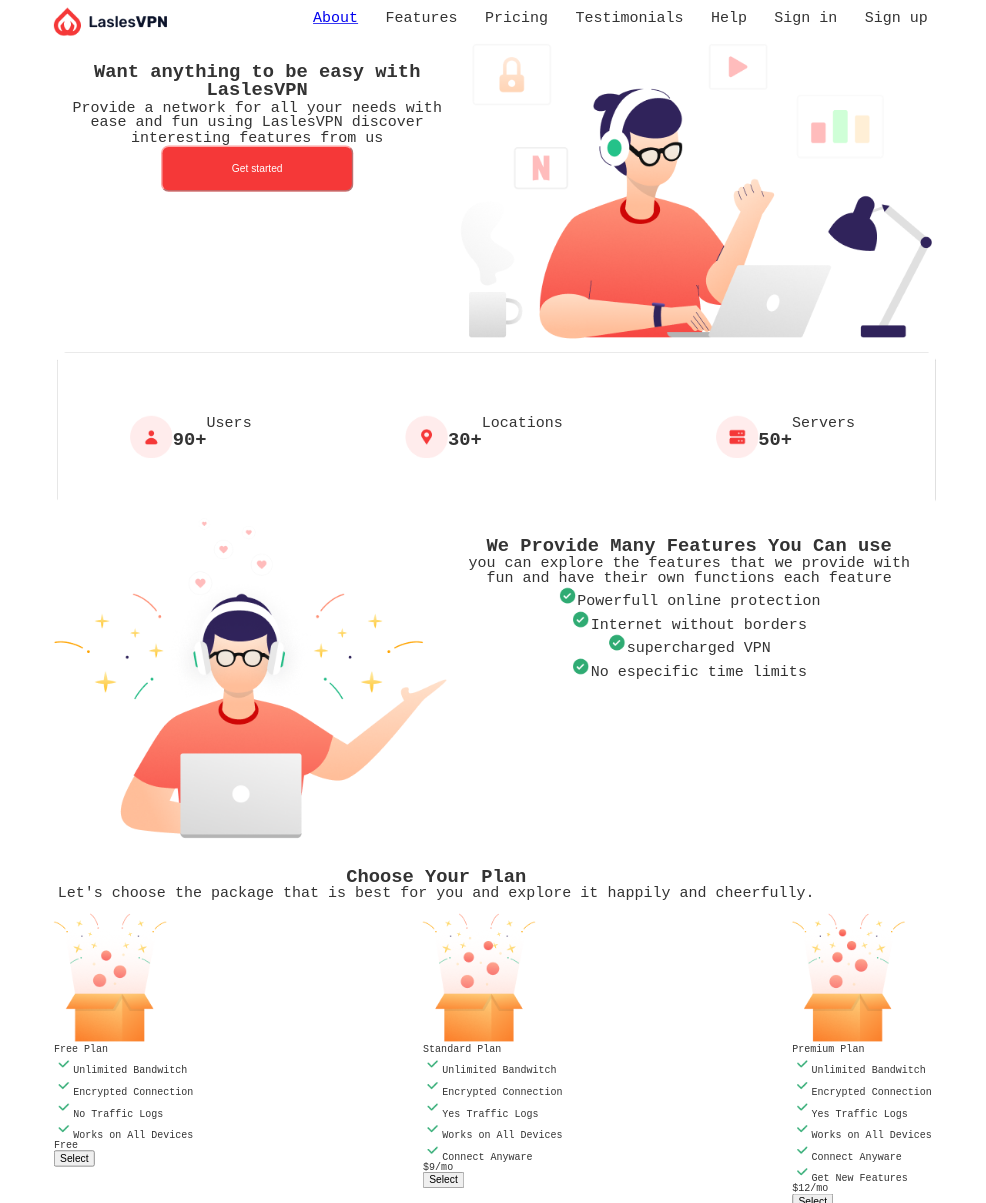
Repository: RaphaelMatheus-br/LP-251123
Page: index.html
The author's editor kept a copy of each file at every save. The page is drawn from the files as they stood at one save, then again after the next save.
The browser window is 1280 px wide. The pictures show the whole page, at 77% of full size.

Above is the page before, as saved 2023-11-25 14:44:47.

### index.html
<!DOCTYPE html>
<html lang="en">

<head>
    <meta charset="UTF-8">
    <meta name="viewport" content="width=device-width, initial-scale=1.0">
    <title>Document</title>
    <link rel="stylesheet" href="style.css">
</head>

<body>

<section class="container flex">
    <header class="header">
        <img src="./imagens/Logo.png" alt="logo" class="logo">
	    <a href="#" class="item">About</a>
	    <div class="item">Features</div>
	    <div class="item">Pricing</div>
	    <div class="item">Testimonials</div>
	    <div class="item">Help</div>
	    <div class="item">Sign in</div>
        <div class="item">Sign up</div>
    </header>
</section>

<section class="container flex">
    <div class="item">
        <h1 class="sobre__titulo">Want anything to be easy with LaslesVPN</h1>
        <p class="sobre__descricao">Provide a network for all your needs with ease and fun using LaslesVPN discover interesting features from us</p>
        <button class="sobre__botao">Get started</button>
    </div>
    <div class="img">
        <img src="./imagens/Illustration 1.png" alt="ilutracao__1">
    </div>
</section>

<section class="container">
    <div class="item">
        <div class="rectangle">
            <div class="icons">
                <div class="user">
                    <img src="./imagens/user.png" alt="user__img">
                    <h1 class="sobre__user">90+</h1>
                    <p class="p__user">Users</p>
                </div>
                <div class="location">
                    <img src="./imagens/location.png" alt="location">
                    <h1 class="sobre__location">30+</h1>
                    <p class="p__location">Locations</p>
                </div>
                <div class="server">
                    <img src="./imagens/Server.png" alt="server">
                    <h1 class="sobre__server">50+</h1>
                    <p class="p__server">Servers</p>
                </div>
            </div>
        </div>
    </div>
</section>

<section class="container flex">
    <div class="img">
        <img src="./imagens/Illustration 2.png" alt="ilutracao__2">
    </div>

    <div class="item">
        <h1 class="sobre__titulo">We Provide Many Features You Can use</h1>
        <p class="sobre__descricao">you can explore the features that we provide with fun and have their own functions each feature</p>
        <ul class="list">
            <li><img src="./imagens/check.png" alt="check">Powerfull online protection</img></li>
            <li><img src="./imagens/check.png" alt="check">Internet without borders</img></li>
            <li><img src="./imagens/check.png" alt="check">supercharged VPN</img></li>
            <li><img src="./imagens/check.png" alt="check">No especific time limits</img></li>
        </ul>
    </div>
</section>

<section class="container flex" class="sessao__tres">
    <div class="item">
        <div class="choose__plan">
            <h1>Choose Your Plan</h1>
            <p>Let's choose the package that is best for you and explore it happily and cheerfully.</p>
        </div>
    </div>
</section>

<section class="container flex">

    <div class="free plan">
        <img src="./imagens/Free.png" alt="free">
        <h3>Free Plan</h3>
        <ul>
            <li><img src="./imagens/jam_check.png">Unlimited Bandwitch</li>
            <li><img src="./imagens/jam_check.png">Encrypted Connection</li>
            <li><img src="./imagens/jam_check.png">No Traffic Logs</li>
            <li><img src="./imagens/jam_check.png">Works on All Devices</li>
        </ul>
        <h2>Free</h2>
        <button class="price__botao">Select</button>
    </div>

    <div class="Standard plan">
        <img src="./imagens/Standard.png" alt="standard">
        <h3>Standard Plan</h3>
        <ul>
            <li><img src="./imagens/jam_check.png">Unlimited Bandwitch</li>
            <li><img src="./imagens/jam_check.png">Encrypted Connection</li>
            <li><img src="./imagens/jam_check.png">Yes Traffic Logs</li>
            <li><img src="./imagens/jam_check.png">Works on All Devices</li>
            <li><img src="./imagens/jam_check.png">Connect Anyware</li>
        </ul>
        <h2>$9/mo</h2>
        <button class="price__botao">Select</button>
    </div>

    <div class="Premium plan">
        <img src="./imagens/Premium.png" alt="premium">
        <h3>Premium Plan</h3>
        <ul>
            <li><img src="./imagens/jam_check.png">Unlimited Bandwitch</li>
            <li><img src="./imagens/jam_check.png">Encrypted Connection</li>
            <li><img src="./imagens/jam_check.png">Yes Traffic Logs</li>
            <li><img src="./imagens/jam_check.png">Works on All Devices</li>
            <li><img src="./imagens/jam_check.png">Connect Anyware</li>
            <li><img src="./imagens/jam_check.png">Get New Features</li>
        </ul>
        <h2>$12/mo</h2>
        <button class="price__botao">Select</button>
    </div>
</section>

</body>
</html>

### style.css
html, body, div, span, applet, object, iframe,
h1, h2, h3, h4, h5, h6, p, blockquote, pre,
a, abbr, acronym, address, big, cite, code,
del, dfn, em, img, ins, kbd, q, s, samp,
small, strike, strong, sub, sup, tt, var,
b, u, i, center,
dl, dt, dd, ol, ul, li,
fieldset, form, label, legend,
table, caption, tbody, tfoot, thead, tr, th, td,
article, aside, canvas, details, embed,
figure, figcaption, footer, header, hgroup,
menu, nav, output, ruby, section, summary,
time, mark, audio, video {
	margin: 0;
	padding: 0;
	border: 0;
	font-size: 100%;
	font: inherit;
	vertical-align: baseline;
    background: white;
}
/* HTML5 display-role reset for older browsers */
article, aside, details, figcaption, figure,
footer, header, hgroup, menu, nav, section {
	display: block;
}
body {
	line-height: 1;
}

ol, ul {
	list-style: none;
}
blockquote, q {
	quotes: none;
}
blockquote:before, blockquote:after,
q:before, q:after {
	content: '';
	content: none;
}
table {
	border-collapse: collapse;
	border-spacing: 0;
}

.container {
    max-width: 1140px;
    margin: 0 auto;
    position: relative;
    padding-top: 10px;
    display: flex;
    justify-content: space-between;
    flex: 1;
}

.header {
    display: flex;
    justify-content: space-between;
    flex: 1;
}

.logo {
    padding-right: 157px;
}
/* Flex Item */
.item {
	margin: 5px;
	text-align: center;
	font-size: 1.5em;
}

h1 {
	text-align: center;
	margin: 20px 0 0 0;
	font-size: 1.25em;
	font-weight: 700;
}

body {
	font-family: monospace;
	color: #333;
}

.row {
	display: flex;
}
.sobre__titulo {
    font-weight: 700;
}

.sobre__descricao {
font-weight: 300;
}

.sobre__botao {
width: 250px;
height: 60px;
flex-shrink: 0;
border-radius: 10px;
border-color: rgba(255, 193, 193, 0.842);
background: #F53838;
color: white;
}

.rectangle {
display: flex;
width: 1140px;
height: 200px;
flex-shrink: 0;
border-radius: 10px;
background: gray;
border-color: white;
justify-content: space-between;
}

.icons {
width: 100%;
height: 100%;
flex-shrink: 0;
display: flex;
align-items: center;
position: absolute;
max-width: 100%;
justify-content: space-around;
background-color: none;
}

.user {
display: flex;;
margin-right: 20px;
margin-left: 10px;
}

.location {
display: flex;;
margin-right: 20px;
margin-left: 10px;
}

.server {
display: flex;;
margin-right: 20px;
margin-left: 10px;
}

.item__dois {
    flex-direction: row-reverse;
}

.sessao__tres{
    background-color: grey;
    align-content: center;
    padding-top: 50px;
}

After the next save:
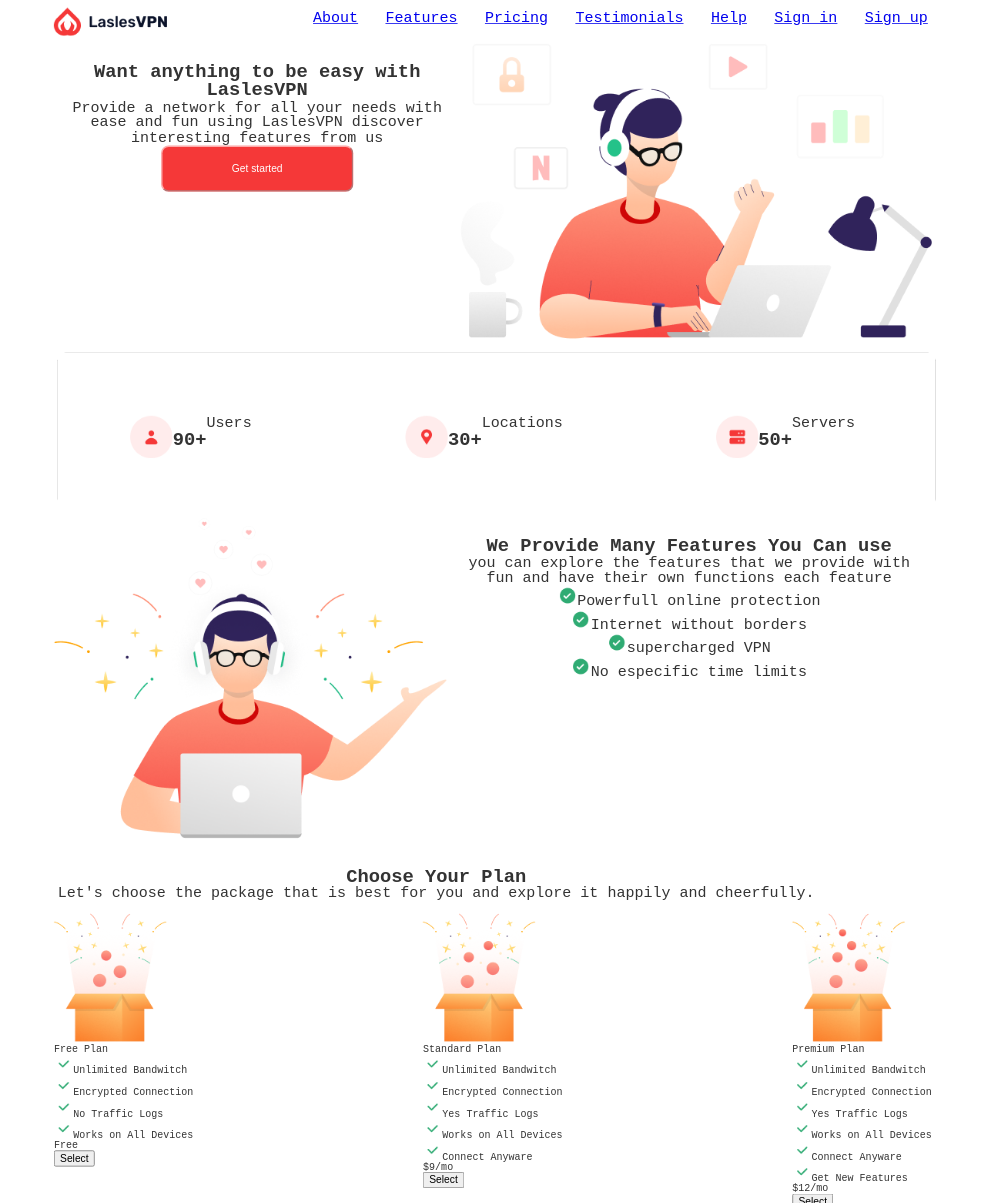
Saved 65 s later.
--- a/index.html
+++ b/index.html
@@ -14,12 +14,12 @@
     <header class="header">
         <img src="./imagens/Logo.png" alt="logo" class="logo">
 	    <a href="#" class="item">About</a>
-	    <div class="item">Features</div>
-	    <div class="item">Pricing</div>
-	    <div class="item">Testimonials</div>
-	    <div class="item">Help</div>
-	    <div class="item">Sign in</div>
-        <div class="item">Sign up</div>
+	    <a href="#" class="item">Features</a>
+	    <a href="#" class="item">Pricing</a>
+        <a href="#" class="item">Testimonials</a>
+        <a href="#" class="item">Help</a>
+        <a href="#" class="item">Sign in</a>
+        <a href="#" class="item">Sign up</a>
     </header>
 </section>
 
